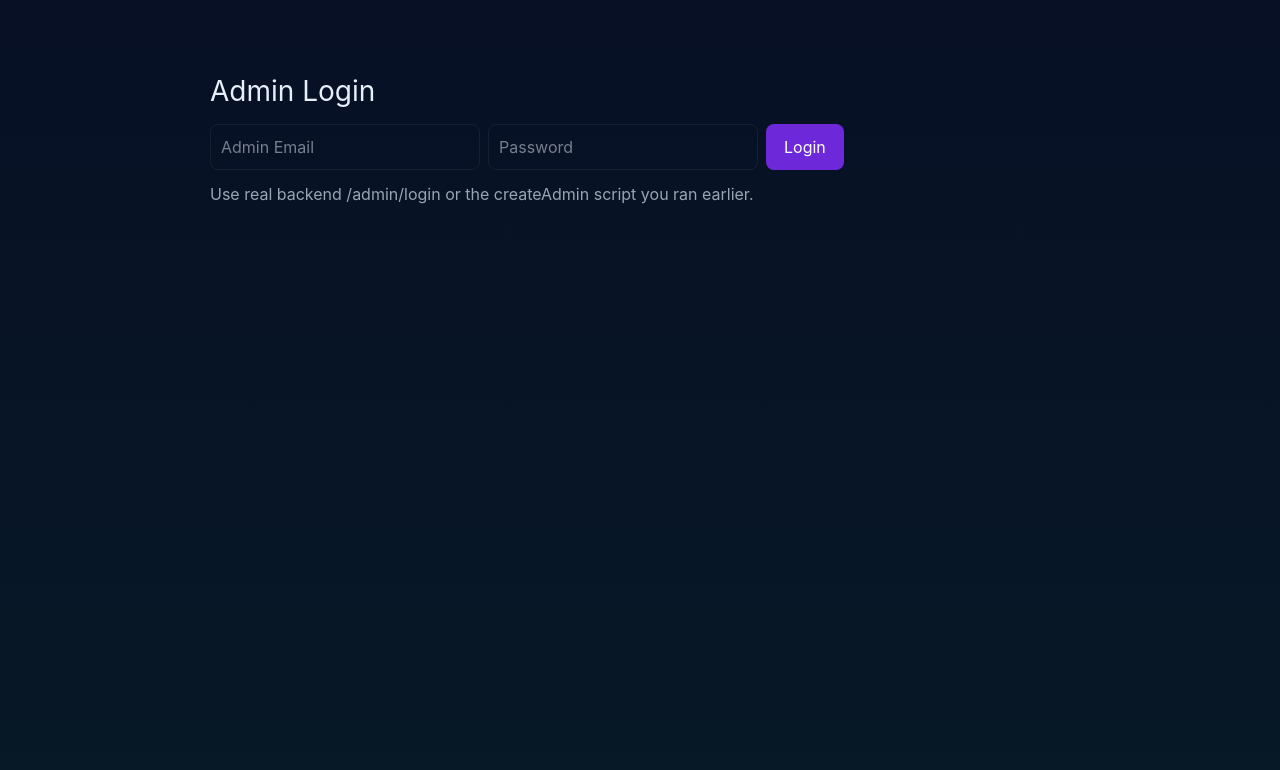
Repository: pravin-8859/ROADSRISER-APP
Page: / (app in admin/)
The author's editor kept a copy of each file at every save. The page is drawn from the files as they stood at one save, then again after the next save.
The browser window is 1280 px wide. The pictures show the whole page.
The project was rebuilt for these pictures with package versions that can differ from the ones it lists, and the page was loaded fresh each time. Also part of the build but not shown: admin/vite.config.js, admin/src/pages/Dashboard.jsx, admin/src/pages/UsersPage.jsx, admin/src/pages/MechanicsPage.jsx, admin/src/pages/RequestsPage.jsx, admin/src/pages/AnalyticsPage.jsx, admin/src/pages/ReportsPage.jsx, admin/src/pages/SettingsPage.jsx and 4 more.

Above is the page before, as saved 2025-11-28 02:02:04.

### admin/index.html
<!doctype html>
<html lang="en">
  <head>
    <meta charset="utf-8" />
    <meta name="viewport" content="width=device-width,initial-scale=1.0" />
    <title>RoadsRiser — Admin</title>
  </head>
  <body>
    <div id="root"></div>
    <script type="module" src="/src/main.jsx"></script>
  </body>
</html>

### admin/src/main.jsx
import React from "react";
import { createRoot } from "react-dom/client";
import { BrowserRouter } from "react-router-dom";
import App from "./App";
import "./index.css";

createRoot(document.getElementById("root")).render(
  <React.StrictMode>
    <BrowserRouter>
      <App />
    </BrowserRouter>
  </React.StrictMode>
);

### admin/src/App.jsx
import React from "react";
import { Routes, Route, Navigate } from "react-router-dom";

import AdminLogin from "./pages/AdminLogin";
import Dashboard from "./pages/Dashboard";
import UsersPage from "./pages/UsersPage";
import MechanicsPage from "./pages/MechanicsPage";
import RequestsPage from "./pages/RequestsPage";
import AnalyticsPage from "./pages/AnalyticsPage";
import ReportsPage from "./pages/ReportsPage";
import SettingsPage from "./pages/SettingsPage";

import ProtectedRoute from "./routes/ProtectedRoute";
import AdminLayout from "./components/layout/AdminLayout";

export default function App() {
  return (
    <Routes>
      <Route path="/" element={<Navigate to="/admin/login" replace />} />

      <Route path="/admin/login" element={<AdminLogin />} />

      <Route
        path="/admin/*"
        element={
          <ProtectedRoute>
            <AdminLayout />
          </ProtectedRoute>
        }
      >
        <Route index element={<Dashboard />} />
        <Route path="users" element={<UsersPage />} />
        <Route path="mechanics" element={<MechanicsPage />} />
        <Route path="requests" element={<RequestsPage />} />
        <Route path="analytics" element={<AnalyticsPage />} />
        <Route path="reports" element={<ReportsPage />} />
        <Route path="settings" element={<SettingsPage />} />
      </Route>

      <Route path="*" element={<div className="p-6">Page not found</div>} />
    </Routes>
  );
}

### admin/src/index.css
@import "tailwindcss";
:root{
  --bg:#0f1724; --panel:#0b1220; --muted:#9aa4b2; --accent:#6d28d9;
  --card:#0f1724; --text:#e6eef8;
}
*{box-sizing:border-box}
body{
  margin:0; font-family:Inter,ui-sans-serif,system-ui,Segoe UI,Roboto,"Helvetica Neue",Arial;
  background: linear-gradient(180deg,#071025 0%, #071826 100%);
  color:var(--text);
  min-height:100vh;
}

/* Topbar */
.topbar{
  height:64px; display:flex; align-items:center; justify-content:space-between;
  padding:0 20px; background:rgba(8,10,20,0.6); backdrop-filter: blur(6px);
  border-bottom:1px solid rgba(255,255,255,0.03);
  position:sticky; top:0; z-index:50;
}
.brand{ font-weight:700; font-size:18px; cursor:pointer }
.topbar-right{ display:flex; align-items:center; gap:12px }
.admin-avatar{
  width:36px;height:36px;border-radius:50%;display:flex;align-items:center;justify-content:center;
  background:linear-gradient(180deg,#ffffff22,#00000022); color:var(--text); font-weight:700;
}
.btn-logout{
  background:transparent;border:1px solid rgba(255,255,255,0.06); color:var(--text);
  padding:8px 12px;border-radius:8px;cursor:pointer;
}

/* layout */
.admin-body{ display:flex; gap:18px; max-width:1200px; margin:20px auto;padding:10px; }
.sidebar{ width:220px; background:rgba(10,14,24,0.6); padding:18px; border-radius:12px;
  border:1px solid rgba(255,255,255,0.03); height:calc(100vh - 120px); position:sticky; top:70px; overflow:auto;
}
.admin-main{ flex:1; min-height:400px; }

.slink{ display:block; padding:10px 12px; color:var(--muted); text-decoration:none; border-radius:8px; margin-bottom:8px }
.slink:hover{ background:rgba(255,255,255,0.02); color:var(--text) }
.slink-active{ background:linear-gradient(90deg,#2e1b8f55,#1f5fbf22); color:white; font-weight:600; }

/* page card */
.card{ background:rgba(255,255,255,0.03); padding:18px; border-radius:12px; border:1px solid rgba(255,255,255,0.03); color:var(--text) }

/* responsive */
@media (max-width:900px){
  .admin-body{ flex-direction:column; padding:12px; max-width:100%; margin:12px; }
  .sidebar{ width:100%; height:auto; position:relative; top:0; }
}

### admin/src/pages/AdminLogin.jsx
import React, { useState } from "react";
import { useNavigate } from "react-router-dom";
import api from "../services/api";

/**
 * Simple admin login that calls POST /admin/login
 * On success: stores admin_token + admin_name
 */
export default function AdminLogin() {
  const [form, setForm] = useState({ email: "", password: "" });
  const [loading, setLoading] = useState(false);
  const nav = useNavigate();

  const handle = (k, v) => setForm((s) => ({ ...s, [k]: v }));

  const submit = async (e) => {
    e.preventDefault();
    setLoading(true);
    try {
      // your backend admin login endpoint (adjust as needed)
      const res = await api.post("/admin/login", form);
      // expected: res.data = { token, name }
      localStorage.setItem("admin_token", res.data.token || "demo-token");
      localStorage.setItem("admin_name", res.data.name || "Admin");
      nav("/admin");
    } catch (err) {
      alert(err.response?.data?.message || "Login failed (server)");
    } finally {
      setLoading(false);
    }
  };

  return (
    <div style={{ maxWidth:900, margin:"50px auto", padding:20 }}>
      <h1 style={{ fontSize:28, marginBottom:12 }}>Admin Login</h1>
      <form onSubmit={submit} style={{ display:"flex", gap:8 }}>
        <input name="email" value={form.email} onChange={(e)=>handle("email", e.target.value)} placeholder="Admin Email" required style={{ padding:10, borderRadius:8, border:"1px solid rgba(255,255,255,0.06)", background:"transparent", color:"inherit", minWidth:240 }} />
        <input name="password" value={form.password} onChange={(e)=>handle("password", e.target.value)} placeholder="Password" type="password" required style={{ padding:10, borderRadius:8, border:"1px solid rgba(255,255,255,0.06)", background:"transparent", color:"inherit", minWidth:240 }} />
        <button type="submit" disabled={loading} style={{ padding:"10px 18px", borderRadius:8, background:"#6d28d9", color:"#fff", border:"none", cursor:"pointer" }}>{loading ? "Logging..." : "Login"}</button>
      </form>
      <div style={{ marginTop:12, color:"#9aa4b2" }}>Use real backend /admin/login or the createAdmin script you ran earlier.</div>
    </div>
  );
}

### admin/src/services/api.js
import axios from "axios";

const API_BASE = import.meta.env.VITE_API_BASE || "http://localhost:5000/api";

const api = axios.create({
  baseURL: API_BASE,
  withCredentials: true,
});

api.interceptors.request.use((cfg) => {
  // Admin token header
  const token = localStorage.getItem("admin_token");
  if (token) cfg.headers = { ...cfg.headers, Authorization: `Bearer ${token}` };
  return cfg;
});

export default api;

After the next save:
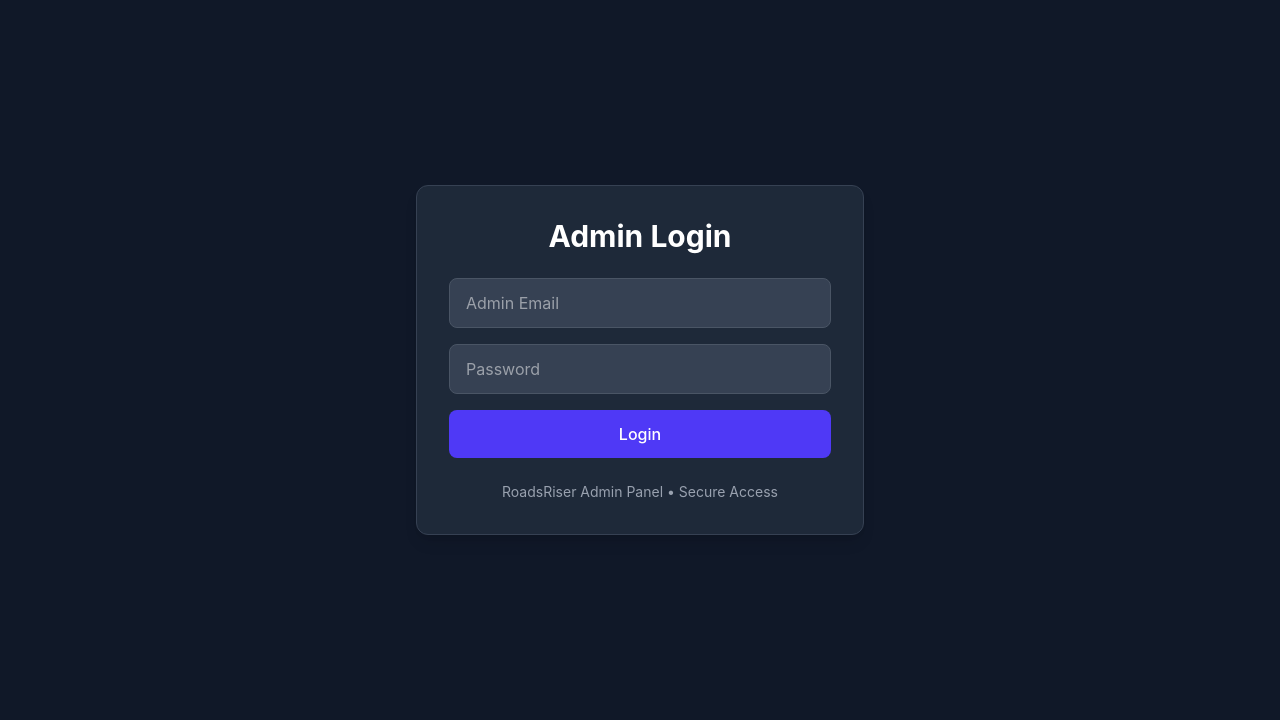
Saved 17 min 1 s later.
--- a/admin/src/pages/AdminLogin.jsx
+++ b/admin/src/pages/AdminLogin.jsx
@@ -2,43 +2,89 @@ import React, { useState } from "react";
 import { useNavigate } from "react-router-dom";
 import api from "../services/api";
 
-/**
- * Simple admin login that calls POST /admin/login
- * On success: stores admin_token + admin_name
- */
 export default function AdminLogin() {
   const [form, setForm] = useState({ email: "", password: "" });
   const [loading, setLoading] = useState(false);
-  const nav = useNavigate();
+  const [error, setError] = useState("");
+  const navigate = useNavigate();
 
-  const handle = (k, v) => setForm((s) => ({ ...s, [k]: v }));
+  const handleInput = (key, value) => {
+    setForm((prev) => ({ ...prev, [key]: value }));
+    setError("");
+  };
 
-  const submit = async (e) => {
+  const handleSubmit = async (e) => {
     e.preventDefault();
     setLoading(true);
+    setError("");
+
+    if (!form.email || !form.password) {
+      setError("Please enter email and password.");
+      setLoading(false);
+      return;
+    }
+
     try {
-      // your backend admin login endpoint (adjust as needed)
       const res = await api.post("/admin/login", form);
-      // expected: res.data = { token, name }
-      localStorage.setItem("admin_token", res.data.token || "demo-token");
-      localStorage.setItem("admin_name", res.data.name || "Admin");
-      nav("/admin");
+
+      localStorage.setItem("admin_token", res.data.token);
+      localStorage.setItem("admin_name", res.data.name);
+
+      navigate("/admin"); // redirect
     } catch (err) {
-      alert(err.response?.data?.message || "Login failed (server)");
+      setError(
+        err.response?.data?.message || "Login failed. Incorrect credentials."
+      );
     } finally {
       setLoading(false);
     }
   };
 
   return (
-    <div style={{ maxWidth:900, margin:"50px auto", padding:20 }}>
-      <h1 style={{ fontSize:28, marginBottom:12 }}>Admin Login</h1>
-      <form onSubmit={submit} style={{ display:"flex", gap:8 }}>
-        <input name="email" value={form.email} onChange={(e)=>handle("email", e.target.value)} placeholder="Admin Email" required style={{ padding:10, borderRadius:8, border:"1px solid rgba(255,255,255,0.06)", background:"transparent", color:"inherit", minWidth:240 }} />
-        <input name="password" value={form.password} onChange={(e)=>handle("password", e.target.value)} placeholder="Password" type="password" required style={{ padding:10, borderRadius:8, border:"1px solid rgba(255,255,255,0.06)", background:"transparent", color:"inherit", minWidth:240 }} />
-        <button type="submit" disabled={loading} style={{ padding:"10px 18px", borderRadius:8, background:"#6d28d9", color:"#fff", border:"none", cursor:"pointer" }}>{loading ? "Logging..." : "Login"}</button>
-      </form>
-      <div style={{ marginTop:12, color:"#9aa4b2" }}>Use real backend /admin/login or the createAdmin script you ran earlier.</div>
+    <div className="min-h-screen flex items-center justify-center bg-gray-900 px-4">
+      <div className="w-full max-w-md bg-gray-800 rounded-xl p-8 shadow-lg border border-gray-700">
+
+        <h2 className="text-3xl font-bold text-center text-white mb-6">
+          Admin Login
+        </h2>
+
+        {error && (
+          <div className="mb-4 p-3 rounded bg-red-500/20 text-red-300 text-sm border border-red-400/40">
+            {error}
+          </div>
+        )}
+
+        <form onSubmit={handleSubmit} className="space-y-4">
+
+          <input
+            type="email"
+            placeholder="Admin Email"
+            className="w-full px-4 py-3 bg-gray-700 text-white rounded-lg outline-none border border-gray-600 focus:border-indigo-500"
+            value={form.email}
+            onChange={(e) => handleInput("email", e.target.value)}
+          />
+
+          <input
+            type="password"
+            placeholder="Password"
+            className="w-full px-4 py-3 bg-gray-700 text-white rounded-lg outline-none border border-gray-600 focus:border-indigo-500"
+            value={form.password}
+            onChange={(e) => handleInput("password", e.target.value)}
+          />
+
+          <button
+            type="submit"
+            disabled={loading}
+            className="w-full py-3 bg-indigo-600 hover:bg-indigo-700 text-white rounded-lg font-medium transition disabled:opacity-50"
+          >
+            {loading ? "Logging in..." : "Login"}
+          </button>
+        </form>
+
+        <p className="text-gray-400 text-center mt-6 text-sm">
+          RoadsRiser Admin Panel • Secure Access
+        </p>
+      </div>
     </div>
   );
 }
